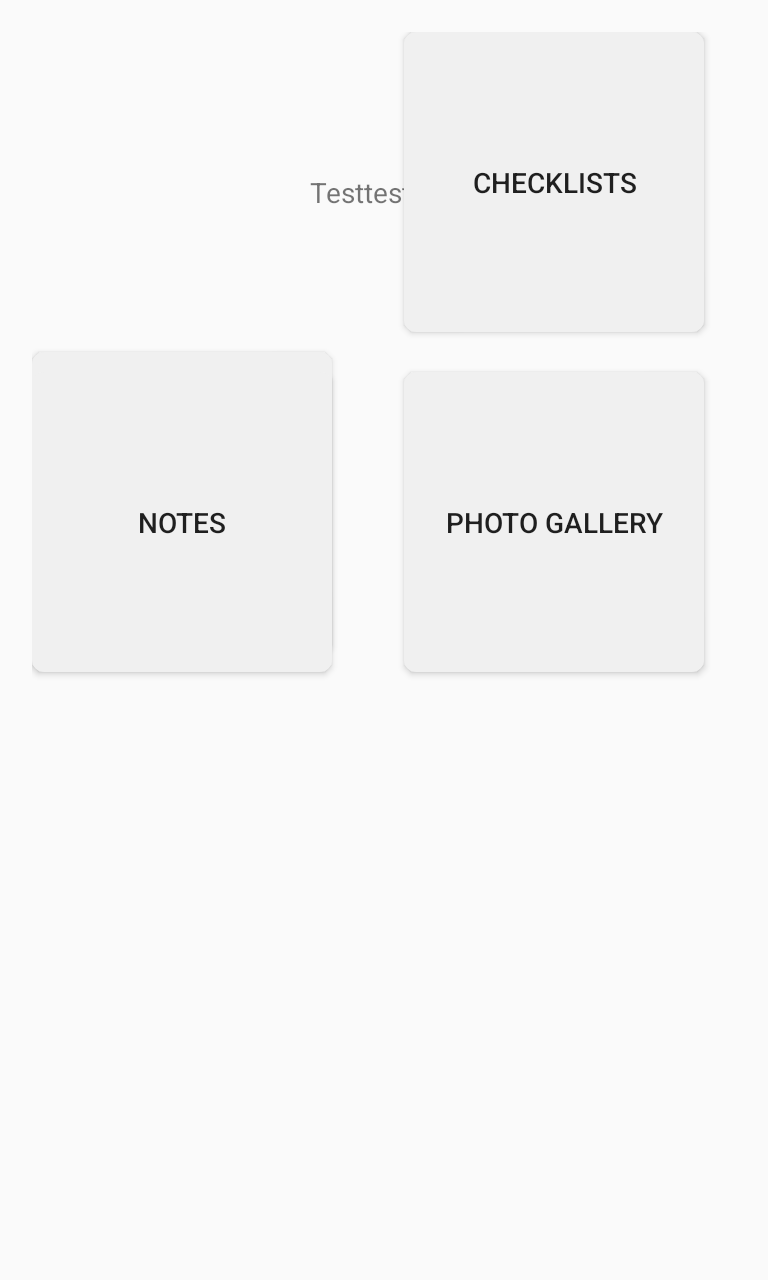
Repository: TheDizzler/shiny-octo-robot
Layout: Qdap/res/layout/fragment_categories.xml
These files come from the project's save history. The layout is drawn as it stood at one moment and after the next save; the edit follows.
It is drawn on a 768 x 1280 px phone screen (xhdpi) without system bars, with theme AppTheme; the app's code is not run.

Above is the layout before, as saved 2014-05-14 23:41:37.

After the next save:
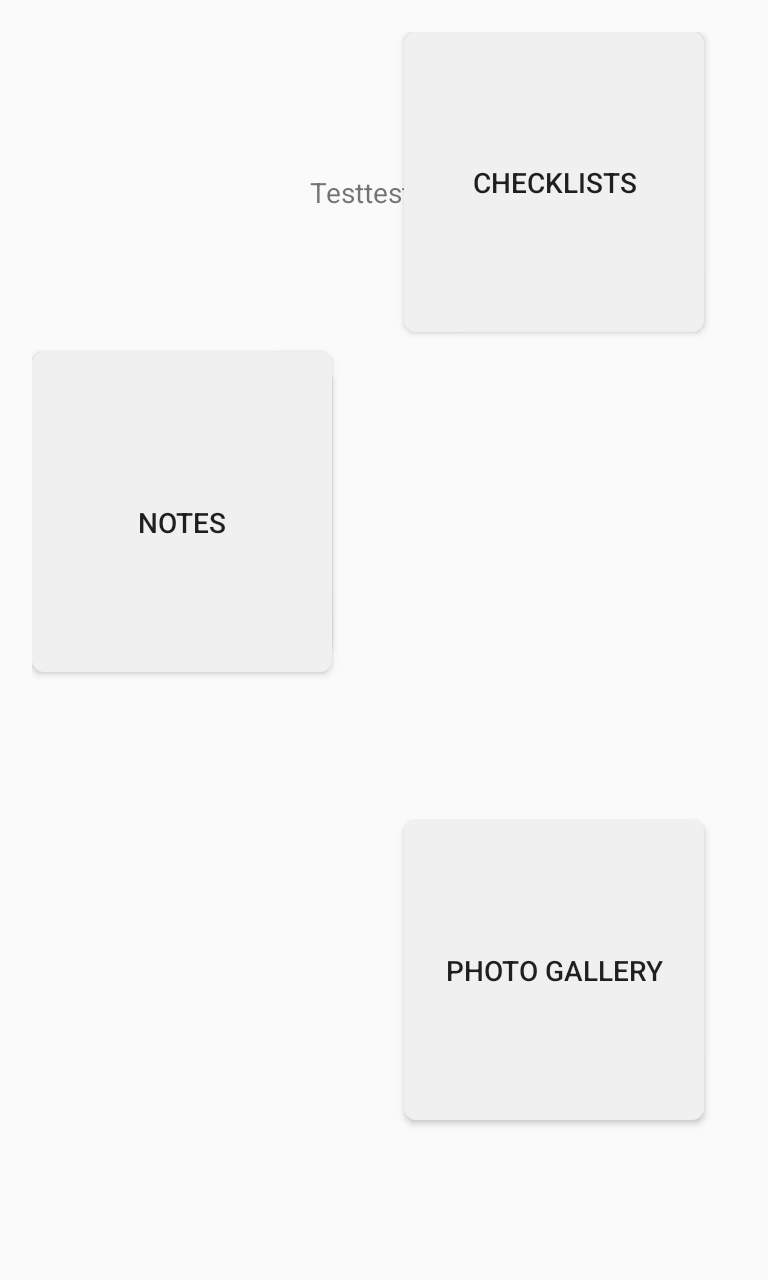
Saved 32 s later.
--- a/Qdap/res/layout/fragment_categories.xml
+++ b/Qdap/res/layout/fragment_categories.xml
@@ -22,10 +22,6 @@
         android:layout_row="0"
         android:text="Testtesttest" />
 
-    <Space
-        android:layout_column="1"
-        android:layout_gravity="fill_vertical"
-        android:layout_row="1" />
 
     <Button
         android:id="@+id/reports"
@@ -39,6 +35,27 @@
         android:background="@drawable/custom_button"
         android:onClick="reports"
         android:text="@string/reports" />
+
+    <Button
+        android:id="@+id/checklists"
+        android:layout_width="150dp"
+        android:layout_height="150dp"
+        android:layout_column="1"
+        android:layout_gravity="center"
+        android:layout_marginBottom="10dp"
+        android:layout_marginLeft="10dp"
+        android:layout_row="0"
+        android:background="@drawable/custom_button"
+        android:onClick="checklists"
+        android:text="@string/checklists" />
+
+
+    <Space
+        android:layout_column="1"
+        android:layout_gravity="fill_vertical"
+        android:layout_row="1" />
+
+
 
     <Space
         android:layout_column="1"
@@ -66,22 +83,11 @@
         android:layout_gravity="center"
         android:layout_marginLeft="10dp"
         android:layout_marginTop="10dp"
-        android:layout_row="1"
+        android:layout_row="2"
         android:background="@drawable/custom_button"
         android:onClick="photo"
         android:text="@string/photo" />
 
-    <Button
-        android:id="@+id/checklists"
-        android:layout_width="150dp"
-        android:layout_height="150dp"
-        android:layout_column="1"
-        android:layout_gravity="center"
-        android:layout_marginBottom="10dp"
-        android:layout_marginLeft="10dp"
-        android:layout_row="0"
-        android:background="@drawable/custom_button"
-        android:onClick="checklists"
-        android:text="@string/checklists" />
+
 
 </GridLayout>
